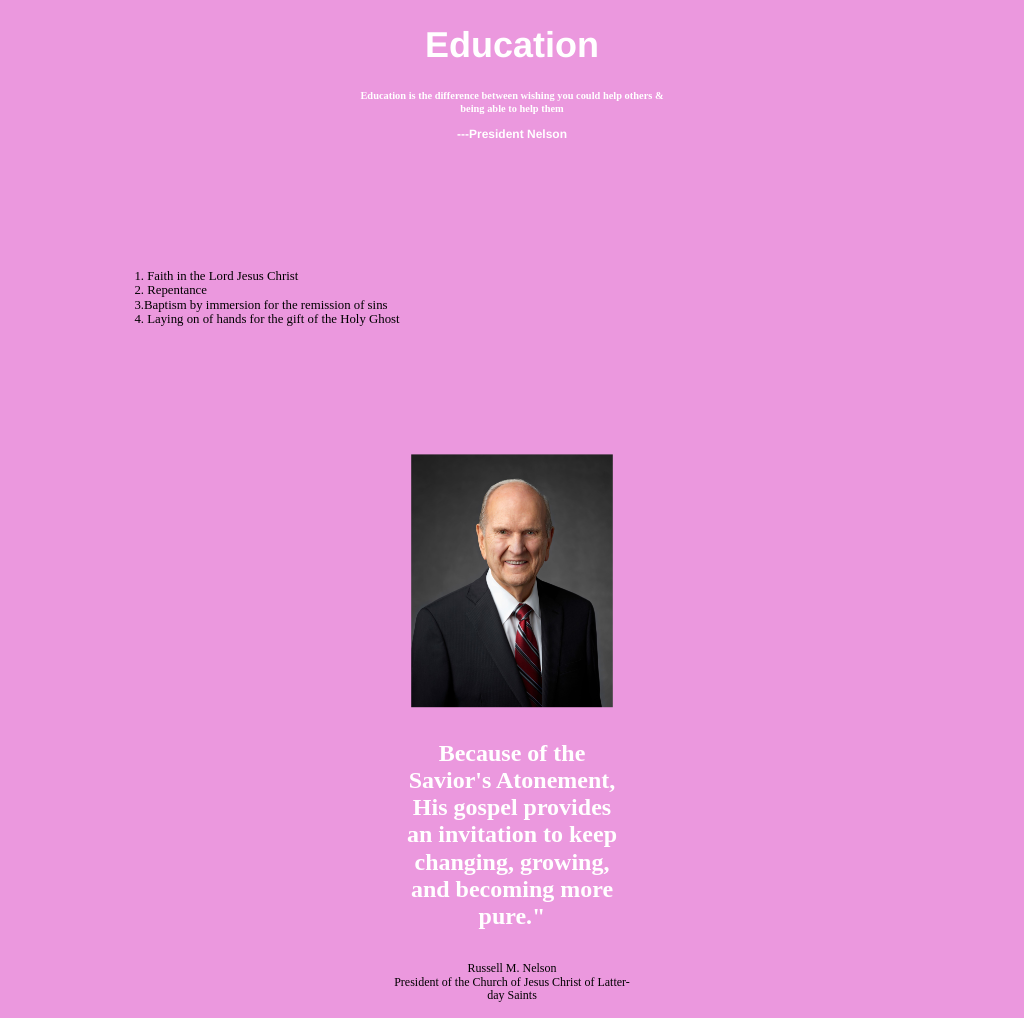
Repository: mszakutumela/wdd130
Page: W04_Challenge/index.html
An editor plug-in stored every save of this project. The page is shown before and after a run of saves, followed by the edit.
The browser window is 1280 px wide. The pictures show the whole page, at 80% of full size.

Above is the page before, as saved 2023-06-05 13:21:28.

After the next 2 saves:
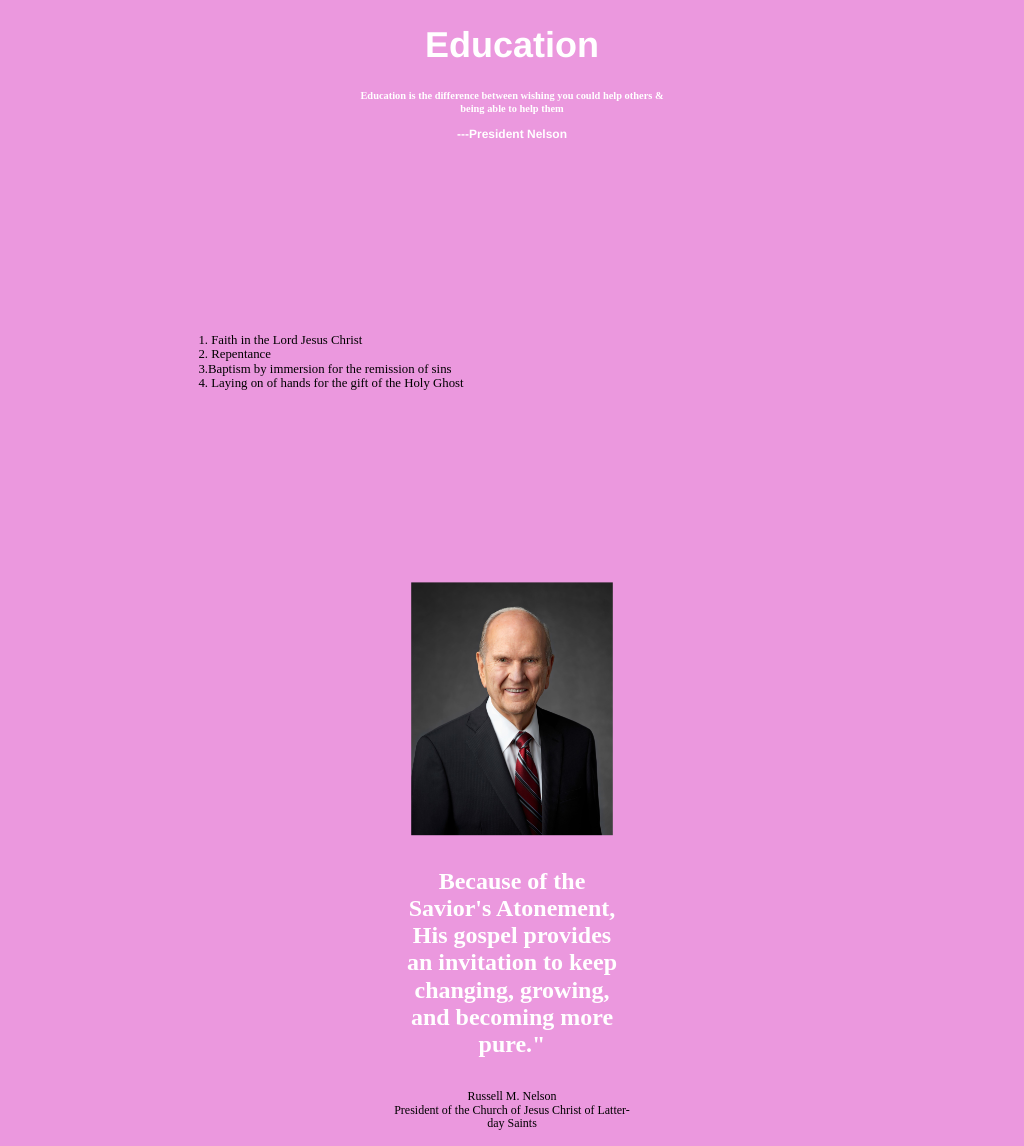
The 2 saves are shown as one change because they came seconds apart.
The last was saved 12 s later.
--- a/W04_Challenge/styles/styles.css
+++ b/W04_Challenge/styles/styles.css
@@ -26,7 +26,7 @@
 }
 p {
     color: black;
-    margin: 10em
+    margin: 15em
     /* text-align: center;   */
 }
 h4 {
